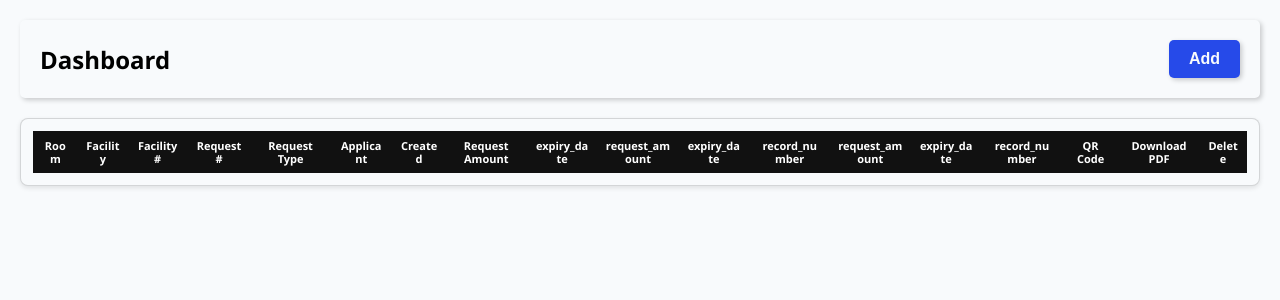
Repository: irfan-shah-sherani/Travel-Tour
Page: public/index.html
An editor plug-in stored every save of this project. The page is shown before and after a run of saves, followed by the edit.
The browser window is 1280 px wide. The pictures show the whole page.
The page's requests for data from a server got no answer.

Above is the page before, as saved 2025-07-11 04:54:24.

### public/index.html
<!DOCTYPE html>
<html lang="en">

<head>
  <meta charset="UTF-8" />
  <meta name="viewport" content="width=device-width, initial-scale=1.0" />
  <title>Dashboard</title>
  <link rel="stylesheet" href="index.css" />
  <!-- <link
      rel="stylesheet"
      href="/public/Dashboard.css"
      integrity="sha512-..."
      crossorigin="anonymous"
      referrerpolicy="no-referrer"
    /> -->
</head>

<body>
  <main>
    <!-- main content -->
    <div class="main-content">
      <!-- TOP-nav -->
      <nav class="main-nav">
        <div class="page-name">
          <i class="fas fa-bars"></i>
          <p>Dashboard</p>
        </div>
        <div class="button">
          <button id="addPersonBtn">Add</button>
        </div>
      </nav>

      <!-- main content  end -->
      <div class="table-container">
        <table>
          <tr>
            <th>Room</th>
          <th>Facility</th>
          <th>Facility #</th>
          <th>Request #</th>
          <th>Request Type</th>
          <th>Applicant</th>
          <th>Created</th>
          <th>Request Amount</th>
          <th>expiry_date</th>
          <th>request_amount </th>
          <th>expiry_date</th>
          <th>record_number</th>
          <th>request_amount</th>
          <th>expiry_date</th>
          <th>record_number</th>
          <th>QR Code</th>
          <th>Download PDF</th>
          <th>Delete</th>
          </tr>
          <tbody id="person-table-body">
            <!-- JS will populate this -->
          </tbody>
        </table>

        <!-- ✅ Place script here -->
        <script>
  fetch("/api/")
    .then((res) => res.json())
    .then((data) => {
      const tbody = document.getElementById("person-table-body");
      tbody.innerHTML = "";
      data.forEach((record) => {
        const tr = document.createElement("tr");
        tr.innerHTML = `
          <td>${record.record_id}</td>
          <td>${record.room_name}</td>
          <td>${record.facility_name}</td>
          <td>${record.facility_number}</td>
          <td>${record.request_number}</td>
          <td>${record.request_type}</td>
          <td>${record.applicant_name}</td>
          <td>${record.creation_date}</td>
          <td>${record.request_amount}</td>
          <td>${record.expiry_date}</td>
          <td>${record.record_number}</td>
          <td>${record.request_status}</td>
          <td>${record.reference_number}</td>
          <td>${record.passport_number}</td>
          <td>${record.qrcode_url ? `<img src="${record.qrcode_url}" class="qr-img" alt="QR Code">` : "No QR"}</td>
          <td>
            <a href="/api/download-pdf?token=${record.qr_token}">
              <button type="button">Download PDF</button>
            </a>
          </td>
          <td>
            <form action="/delete/${record.qr_token}" method="POST" onsubmit="return confirm('Are you sure you want to delete this record?');">
              <button type="submit">Delete</button>
            </form>
          </td>
        `;

                tbody.appendChild(tr);
              });
            });
        </script>
        </table>
      </div>

      <!-- Trigger Button OUTSIDE -->
      <!-- Add Room Form (initially hidden in CSS or JS) -->
      <div class="add-new add-new-person">
        <h2 class="form-title">Add New Person</h2>
        <form class="person-form" action="/" method="POST">
          <div class="inputForm">
            <!-- Left Side -->
            <div class="left-side">
              <div class="form-group">
                <label for="room_number">Room No </label>
                <input type="text" id="room_number" name="room_number" required />
              </div>

              <div class="form-group">
                <label for="facility_name">Facility Name </label>
                <input type="text" id="facility_name" name="facility_name" required />
              </div>

              <div class="form-group">
                <label for="facility_number">Facility number </label>
                <input type="text" id="facility_number" name="facility_number" required />
              </div>

              <div class="form-group">
                <label for="request_number">Request number </label>
                <input type="number" id="request_number" name="request_number" step="0.01" required />
              </div>

              <div class="form-group">
                <label for="request_type">Request Type</label>
                <input type="text" id="request_type" name="request_type" required />
              </div>
            </div>

            <!-- Center Side -->
            <div class="center-side">
              <div class="form-group">
                <label for="applicant">Applicant</label>
                <input type="text" id="applicant" name="applicant" />
              </div>

              <div class="form-group">
                <label for="created">Created</label>
                <input type="text" id="created" name="created" />
              </div>

              <div class="form-group">
                <label for="amount">Amount</label>
                <input type="text" id="amount" name="amount" />
              </div>

              <div class="form-group">
                <label for="expiry">Expiry</label>
                <input type="text" id="expiry" name="expiry" />
              </div>

              <div class="form-group">
                <label for="record_number">Record number</label>
                <input type="text" id="record_number" name="record_number" />
              </div>
            </div>

            <!-- Right Side -->
            <div class="right-side">
              <div class="form-group">
                <label for="status">Status</label>
                <input type="text" id="status" name="status" />
              </div>

              <div class="form-group">
                <label for="reference_number">Reference number</label>
                <input type="text" id="reference_number" name="reference_number" />
              </div>

              <div class="form-group">
                <label for="passport_number">Passport number</label>
                <input type="text" id="passport_number" name="passport_number" />
              </div>

            </div>
          </div>

          <div class="button-group">
            <button type="button" class="cancelbtn">Cancel</button>
            <button type="submit" class="submit-person-btn">Add Person</button>
          </div>
        </form>
      </div>

    </div>
  </main>
  <script src="index.js"></script>
</body>

</html>

### public/index.css
* {
  margin: 0;
  padding: 0;
  box-sizing: border-box;
}
:root {
  --primary-gradient: linear-gradient(135deg, #667eea 0%, #764ba2 100%);
  --card-shadow: 0 4px 6px rgba(0, 0, 0, 0.1);
  --card-hover-shadow: 0 8px 15px rgba(0, 0, 0, 0.2);
}
body {
  font-family: "Segoe UI", Tahoma, Geneva, Verdana, sans-serif;
  background-color: #f8fafc;
}
main {
  display: flex;
  /* display: flex; */
}
/* .sidebar {
  position: fixed;
  display: flex;
  align-items: center;
  flex-direction: column;
  width: 250px;
  height: 100vh;
  padding: 20px;
  background: var(--primary-gradient);
  border-radius: 10px 0px 0px 10px;
  color: #f8fafc;
}
.cross-icon {
  display: none;
  justify-content: right;
  color: #f8fafc;
  font-size: 2rem;
  cursor: pointer;
}
.logo {
  display: flex;
  align-items: center;
  gap: 10px;
  margin-bottom: 10px;
  border-bottom: 1px solid rgba(255, 255, 255, 1);
  padding-bottom: 20px;
}
.logo p {
  font-size: 24px;
  font-weight: 600;
}
.sidebar img {
  display: block;
  width: 50px;
  height: 50px;
  object-fit: cover;
  object-position: center;
  border-radius: 5px;
}
.logo hr {
  width: 100px;
  height: 2px;
  color: rgba(255, 255, 255, 0.1);
}
.links ul li {
  list-style: none;
  margin: 5px;
}
.links ul li a {
  display: flex;
  padding-left: 20px;
  align-items: center;
  width: 200px;
  height: 50px;
  text-decoration: none;
  gap: 10px;
  border-radius: 10px;
  transition: all 0.3s ease;
  color: rgba(255, 255, 255, 0.85);
}
.links ul li a:hover {
  background-color: rgba(255, 255, 255, 0.1);
  transform: translateX(5px);
}
.links ul li a.active {
  background-color: rgba(255, 255, 255, 0.1);
  transform: translateX(5px);
} */
/* main content */
.main-content {
  display: flex;
  /* margin-left: 250px; */
  flex-direction: column;
  background-color: #f8fafc;
  width: 100%;
  padding: 20px;
  gap: 20px;
}
.main-content nav {
  display: flex;
  justify-content: space-between;
  align-items: center;
  border-radius: 5px;
  width: 100%;
  background-color: #f8fafc;
  padding: 20px;
  box-shadow: 2px 2px 5px rgba(0, 0, 0, 0.2);
}
.page-name {
  display: flex;
  align-items: center;
  gap: 10px;
}
.page-name p {
  font-size: 24px;
  font-weight: 600;
}
.page-name i {
  display: none;
  cursor: pointer;
  font-size: 24px;
  font-weight: 600;
}
.button {
  display: flex;
  align-items: center;
  gap: 10px;
}
.button button {
  padding: 10px 20px;
  border-radius: 5px;
  border: none;
  background-color: #264ae9;
  color: #f8fafc;
  font-size: 16px;
  font-weight: 600;
  box-shadow: 2px 2px 5px rgba(0, 0, 0, 0.2);
  cursor: pointer;
  transition: all 0.05s ease-in-out;
}
.button button:hover {
  transform: translateY(2px);
}

/* table */
/* General Table Styling */
.table-container {
  width: 100%;
  overflow-x: auto;
  background-color: #f8fafc;
  border-radius: 8px;
  border: 1px solid rgba(0, 0, 0, 0.15);
  box-shadow: 0 2px 5px rgba(0, 0, 0, 0.1);
  padding: 12px;
  box-sizing: border-box;
}

/* Table Reset */
table {
  width: 100%;
  border-collapse: collapse;
  font-size: 11px;
  table-layout: auto;
}

/* Table Header */
.table-container table th {
  background-color: #111;
  color: #fff;
  font-weight: 600;
  font-size: 11px;
  padding: 8px;
  text-align: center;
  vertical-align: middle;
  white-space: normal;
  line-height: 1.2;
  word-break: break-word;
}

/* Force words like "Request Number" to wrap into 2 lines */
.table-container table th {
  max-width: 90px;
}

/* Table Body */
.table-container table td {
  white-space: nowrap;
  text-align: center;
  vertical-align: middle;
  padding: 8px 6px;
}

/* Row Hover Effect */
.table-container table tr:hover {
  background-color: #e2e8f0;
  transition: background-color 0.2s;
}

/* Button Styling */
.btn {
  padding: 4px 8px;
  font-size: 10px;
  border-radius: 4px;
  border: none;
  cursor: pointer;
  transition: 0.2s;
}

/* Delete Button */
.delete-form {
  border: 1px solid #ef4444;
  color: #ef4444;
  background: transparent;
}
.delete-form:hover {
  background-color: #fee2e2;
}

/* Download Button (optional styling) */
.download-btn {
  background-color: #2563eb;
  color: white;
  border: none;
}
.download-btn:hover {
  background-color: #1d4ed8;
}

.add-new {
  display: none;
  width: 80%;
  max-height: 90vh; /* limit height */
  overflow-y: auto;  /* enable scroll if content too tall */
  position: absolute;
  top: 50%;
  left: 50%;
  transform: translate(-50%, -50%);
  background-color: white;
  padding: 20px;
  border-radius: 8px;
  box-shadow: 0 0 10px rgba(0, 0, 0, 0.5);
  font-family: Arial, sans-serif;
  z-index: 10;
}

.form-title {
  font-size: 24px;
  font-weight: 600;
  margin-bottom: 10px;
}

/* Reduce spacing */
.person-form {
  display: flex;
  flex-direction: column;
  gap: 10px;
}

.inputForm {
  display: flex;
  justify-content: space-between;
  gap: 20px;
}

/* Equal columns */
.left-side,
.center-side,
.right-side {
  flex: 1;
}
label {
  font-size: 14px;
  font-weight: 500;
  margin-bottom: 5px;
}
/* Compact input spacing */
.form-group {
  display: flex;
  flex-direction: column;
  margin-bottom: 10px;
}

input,
textarea,
select {
  padding: 5px;
  font-size: 16px;
}

/* Buttons */
.button-group {
  display: flex;
  justify-content: flex-end;
  gap: 10px;
  margin-top: 0px;
}

button {
  padding: 8px;
  font-size: 13px;
  border: none;
  border-radius: 5px;
  cursor: pointer;
}

.cancel-person-btn {
  background-color: #6c757d;
  color: white;
}

.submit-person-btn {
  background-color: #007bff;
  color: white;
}

/* Responsive */
@media (max-width: 768px) {
  .inputForm {
    flex-direction: column;
  }

  .left-side,
  .center-side,
  .right-side {
    width: 100%;
  }
}
.qr-img {
  width: 30px;
  height: 30px;
  object-fit: contain;
  display: block;
}

### public/index.js
const addPersonBtn = document.getElementById("addPersonBtn");
const addNewPerson = document.querySelector(".add-new");
const cancelPersonBtn = document.querySelector(".cancelbtn");
const submitPersonBtn = document.querySelector(".submit-person-btn");

addPersonBtn?.addEventListener("click", () => {
  addNewPerson.style.display = "block";
});

cancelPersonBtn?.addEventListener("click", () => {
  addNewPerson.style.display = "none";
});

submitPersonBtn?.addEventListener("click", () => {
  addNewPerson.style.display = "none";
});

After the next 2 saves:
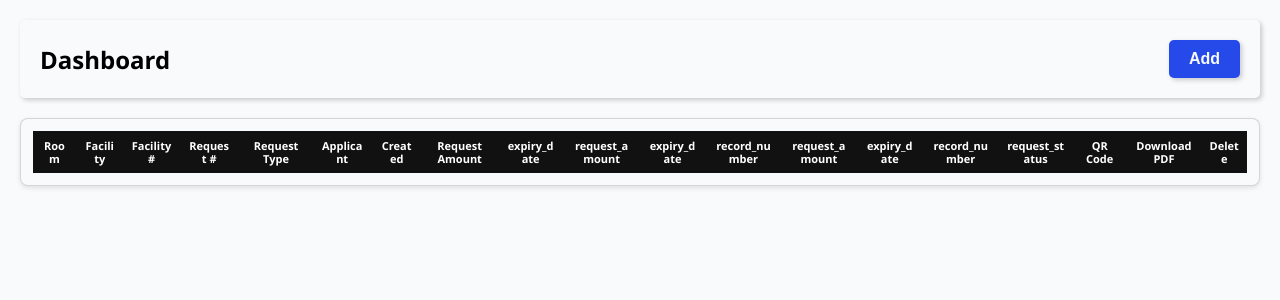
The 2 saves are shown as one change because they came seconds apart.
The last was saved 13 s later.
--- a/public/index.html
+++ b/public/index.html
@@ -49,6 +49,7 @@
           <th>request_amount</th>
           <th>expiry_date</th>
           <th>record_number</th>
+          <th>request_status</th>
           <th>QR Code</th>
           <th>Download PDF</th>
           <th>Delete</th>
